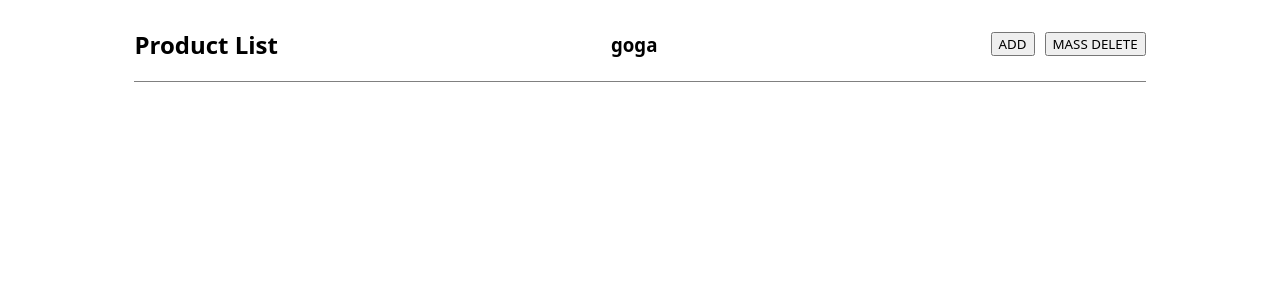
Repository: gabyto19/scandiweb
Page: http://localhost/
An editor plug-in stored every save of this project. The page is shown before and after the next save, followed by the edit.
The browser window is 1280 px wide. The pictures show the whole page.
The page is run by PHP 8.4 with error messages shown; the project is at /var/www/html/.

Above is the page before, as saved 2023-03-06 17:15:03.

### index.php
<!DOCTYPE html>
<html lang="en">

<head>
  <meta charset="UTF-8" />
  <meta name="viewport" content="width=device-width, initial-scale=1.0" />
  <title>Vue Basics</title>
  <link href="https://fonts.googleapis.com/css2?family=Jost:wght@400;700&display=swap" rel="stylesheet" />
  <link rel="stylesheet" href="styles.css" />
  <script src="https://unpkg.com/vue@next" defer></script>
  <script src="https://unpkg.com/vue@3/dist/vue.global.js"></script>

  <script src="index.js" defer></script>
</head>

<body>
  <section id="app">
    <nav>
      <h2>Product List</h2>
      <h1>{{Name}}</h1>
      <div class="rightButtons">
        <button @click="toggleAdd"><a style="text-decoration: none; color: black" href="addPage.php">ADD</a>
        </button>
        <button class="delete-checkbox" id="delete-product-btn">MASS DELETE</button>
      </div>
    </nav>
  </section>

  <script src="https://unpkg.com/vue@3/dist/vue.global.js"></script>
  <script src="index.js"></script>

</body>

</html>
<style scoped>
  .rightButtons button:first-child {
    margin-right: 10px;
  }
</style>

### styles.css
nav {
    width: 80%;
    display: flex;
    justify-content: space-between;
    align-items: center;
    margin: auto;
    border-bottom: solid 1px gray;
  }

  * {
    font-family: system-ui;
  }

### index.js
Vue.createApp({
data()
{
    return{
        Name: 'goga',
        Age: 23,
        imgValue:'https://a.pinatafarm.com/312x296/ae7f8ccd22/sad-thumbs-up-cat.jpg/m/522x0/'
    }
}
}).mount('#app');

After the next save:
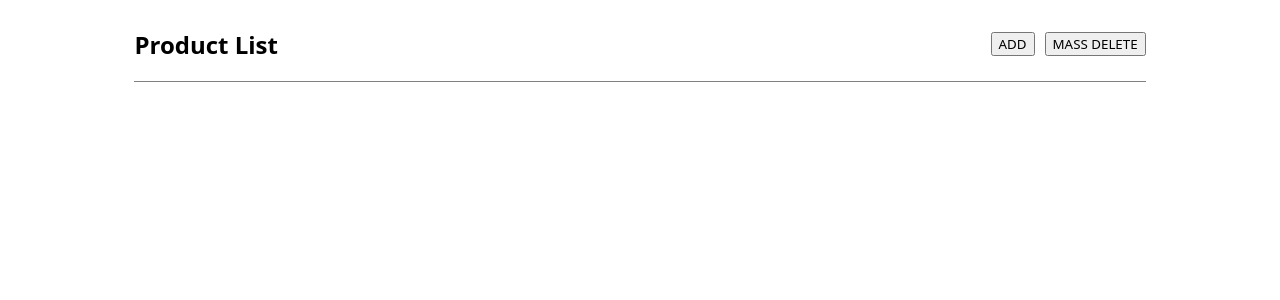
Saved 11 s later.
--- a/index.php
+++ b/index.php
@@ -17,7 +17,6 @@
   <section id="app">
     <nav>
       <h2>Product List</h2>
-      <h1>{{Name}}</h1>
       <div class="rightButtons">
         <button @click="toggleAdd"><a style="text-decoration: none; color: black" href="addPage.php">ADD</a>
         </button>
